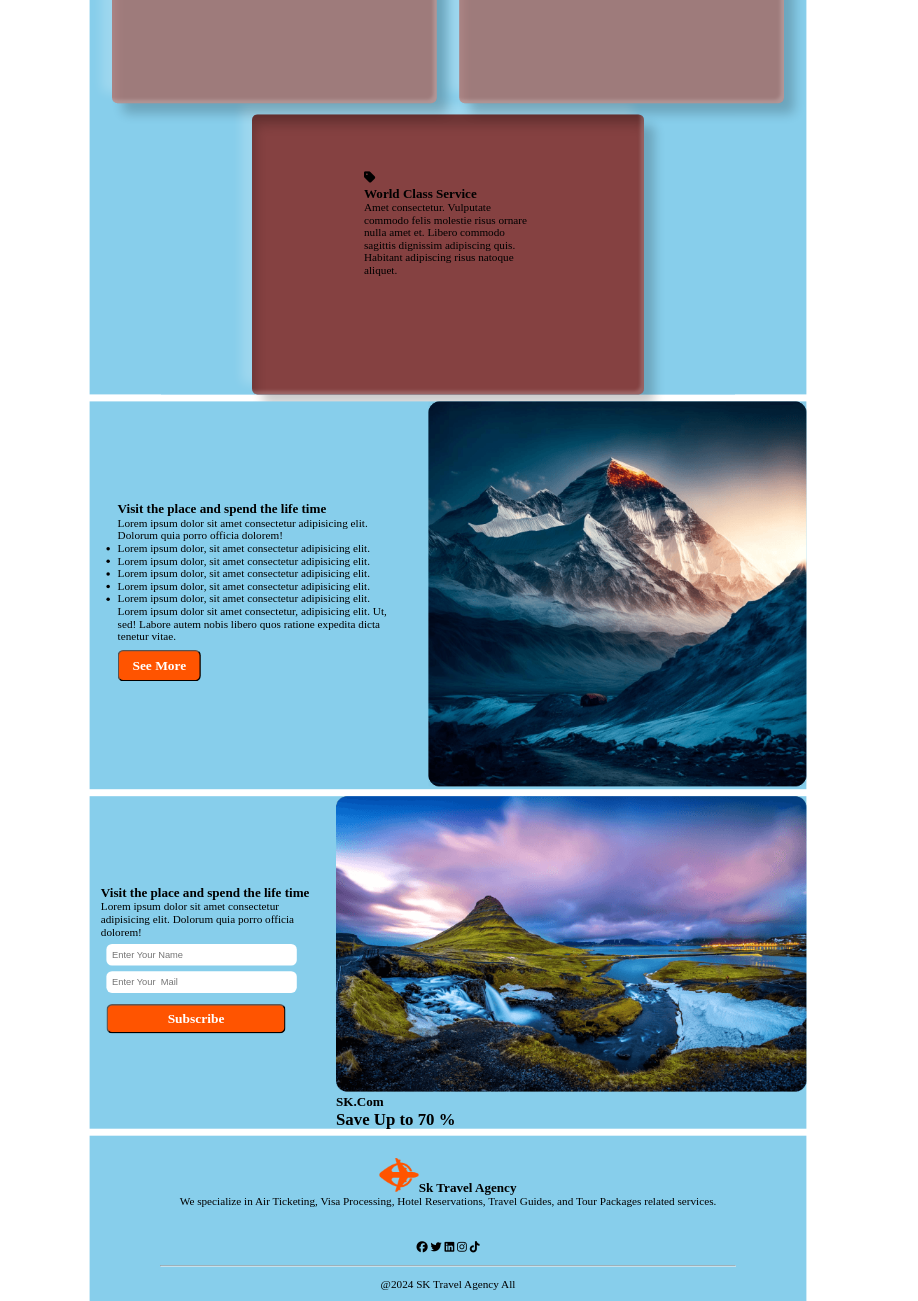
Repository: sumonkumarsarkar/Sk-Travel-Agency-
Page: index.html
The author's editor kept a copy of each file at every save. The page is drawn from the files as they stood at one save, then again after the next save.
The browser window is 1280 px wide. The page is 1312 px wide, so the pictures cover 1312 px, including what lies to the right of the window. The pictures show the part of the page from y = 2829 to 4709 px (the page is 4688 px tall before and 4709 px after), at 70% of full size.

Above is the page before, as saved 2024-01-17 15:05:40.

After the next save:
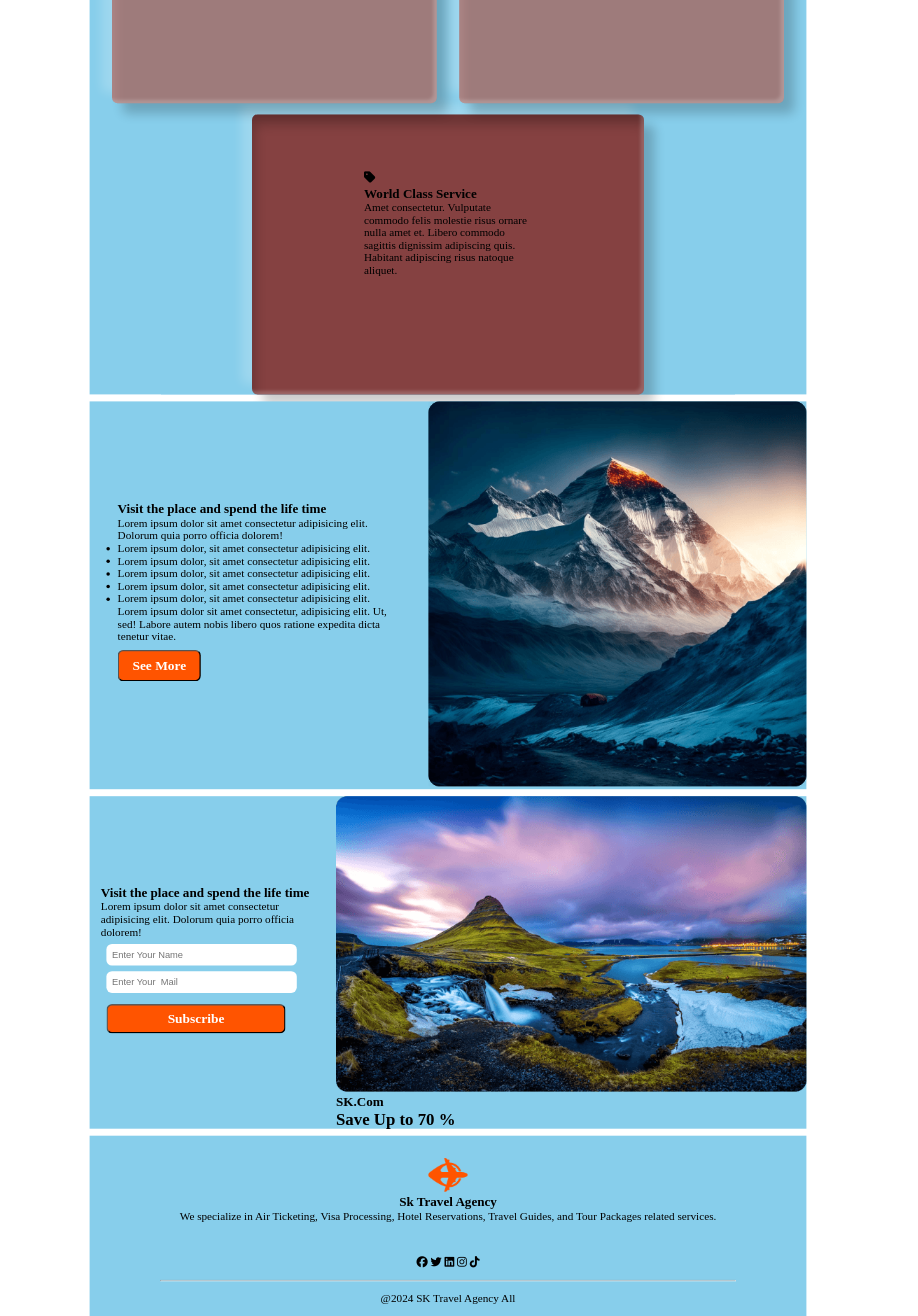
Saved 82 s later.
--- a/index.html
+++ b/index.html
@@ -244,7 +244,8 @@
             <div class="container">
 
                     <div class="nornal-text">
-                           <h3> <span><img src="./Images/Group 40071 (2).png" alt=""></span>Sk Travel Agency</h3>
+                           <span><img src="./Images/Group 40071 (2).png" alt=""></span>
+                           <h3>Sk Travel Agency</h3>
                             <p>We specialize in Air Ticketing, Visa Processing, Hotel Reservations, Travel Guides, and Tour Packages related services. </p>
                     </div>
 
